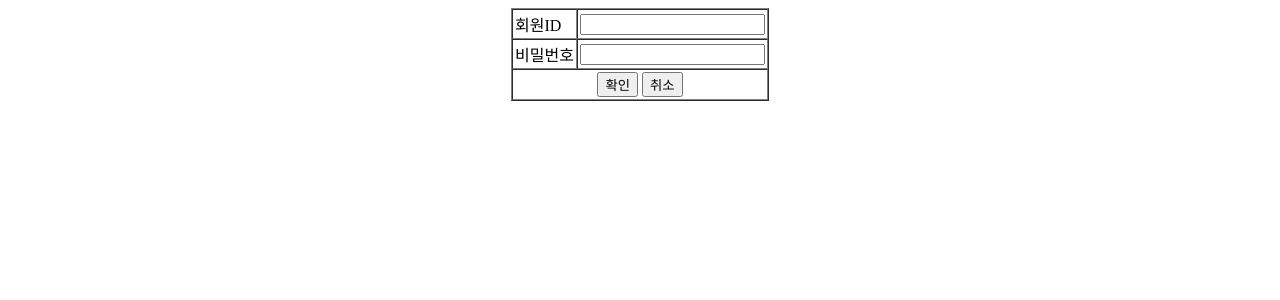
Repository: kms2413/project
Page: http://localhost/homepage/member/login.jsp
The author's editor kept a copy of each file at every save. The page is drawn from the files as they stood at one save, then again after the next save.
The browser window is 1280 px wide. The pictures show the whole page.
The page is served by Tomcat 9.

Above is the page before, as saved 2014-09-15 06:19:07.

After the next save:
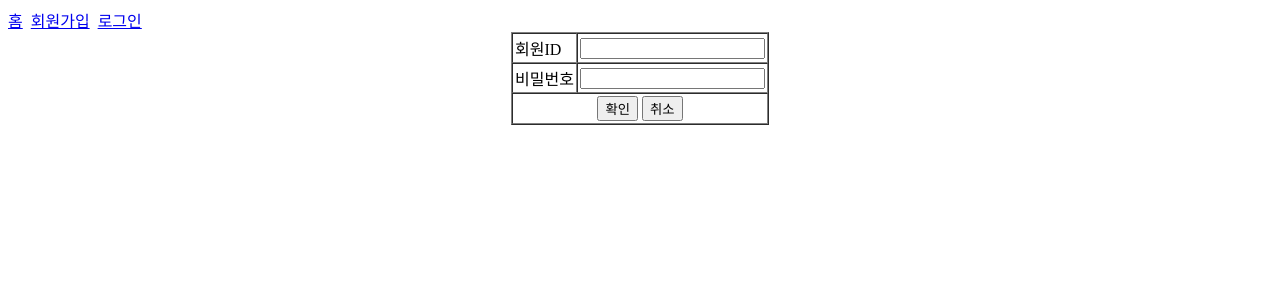
Saved 57 s later.
--- a/homepage/WebContent/member/login.jsp
+++ b/homepage/WebContent/member/login.jsp
@@ -8,6 +8,8 @@
      <link rel="stylesheet" type="text/css" href="style.css"/>
 </head>
 <body>
+	<jsp:include page = "index.jsp"/>
+
 	<form action = "loginOk.jsp" method = "post">
 		<table border = "1" align = "center" cellpadding ="2" cellspacing ="0">
 			<tr>
